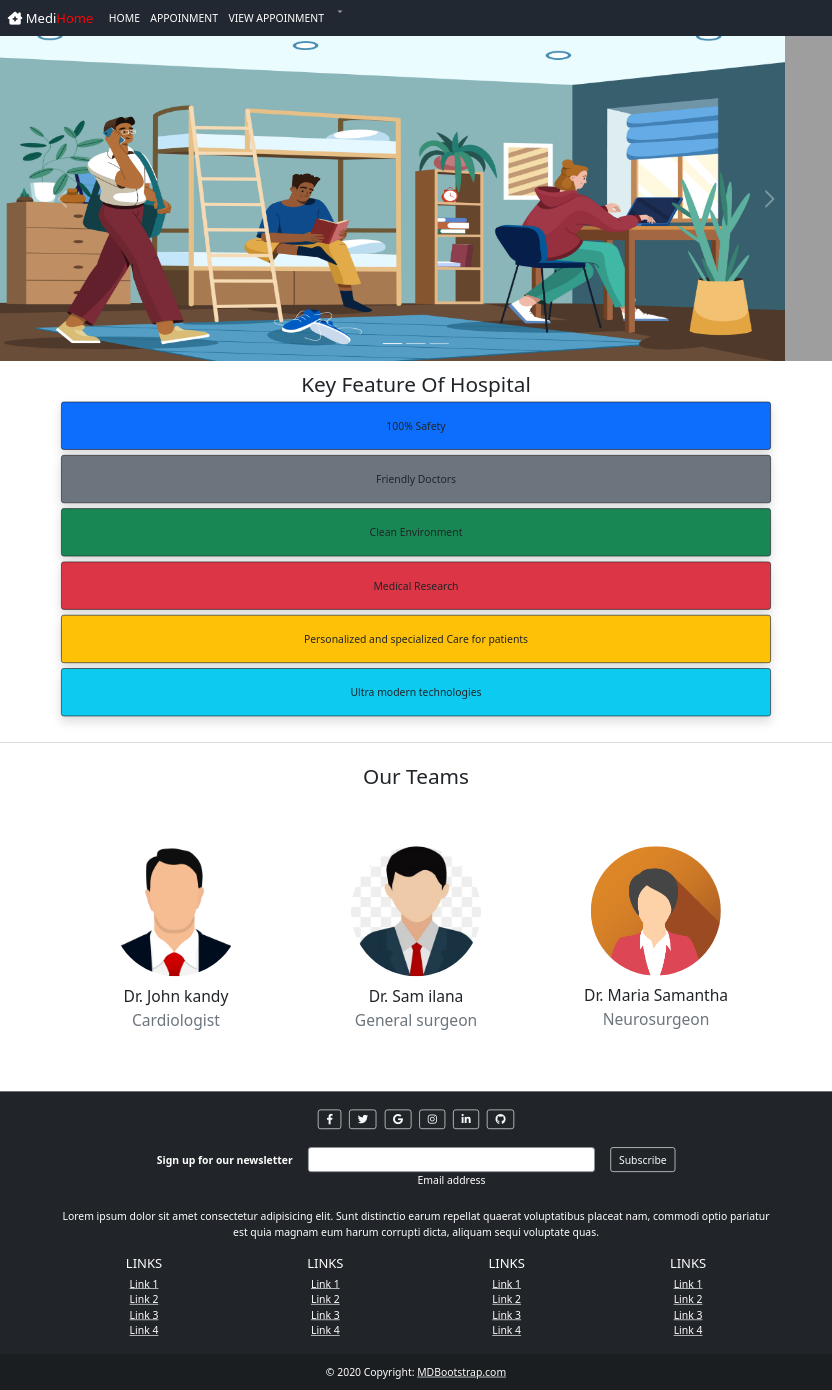
Repository: SparshGarg1/Hostel_Managment_System
Page: http://localhost/Hostel/studentportal.jsp
These files come from the project's save history. The page is drawn as it stood at one moment and after the next save; the edit follows.
The browser window is 1280 px wide. The pictures show the whole page, at 65% of full size.
Pictures or frames that could not be fetched are drawn as grey boxes. Some web libraries are served in a nearby version. The page is served by Tomcat 9. Queries for data that is not in the repository find no rows.

Above is the page before, as saved 2023-06-18 02:18:34.

After the next save:
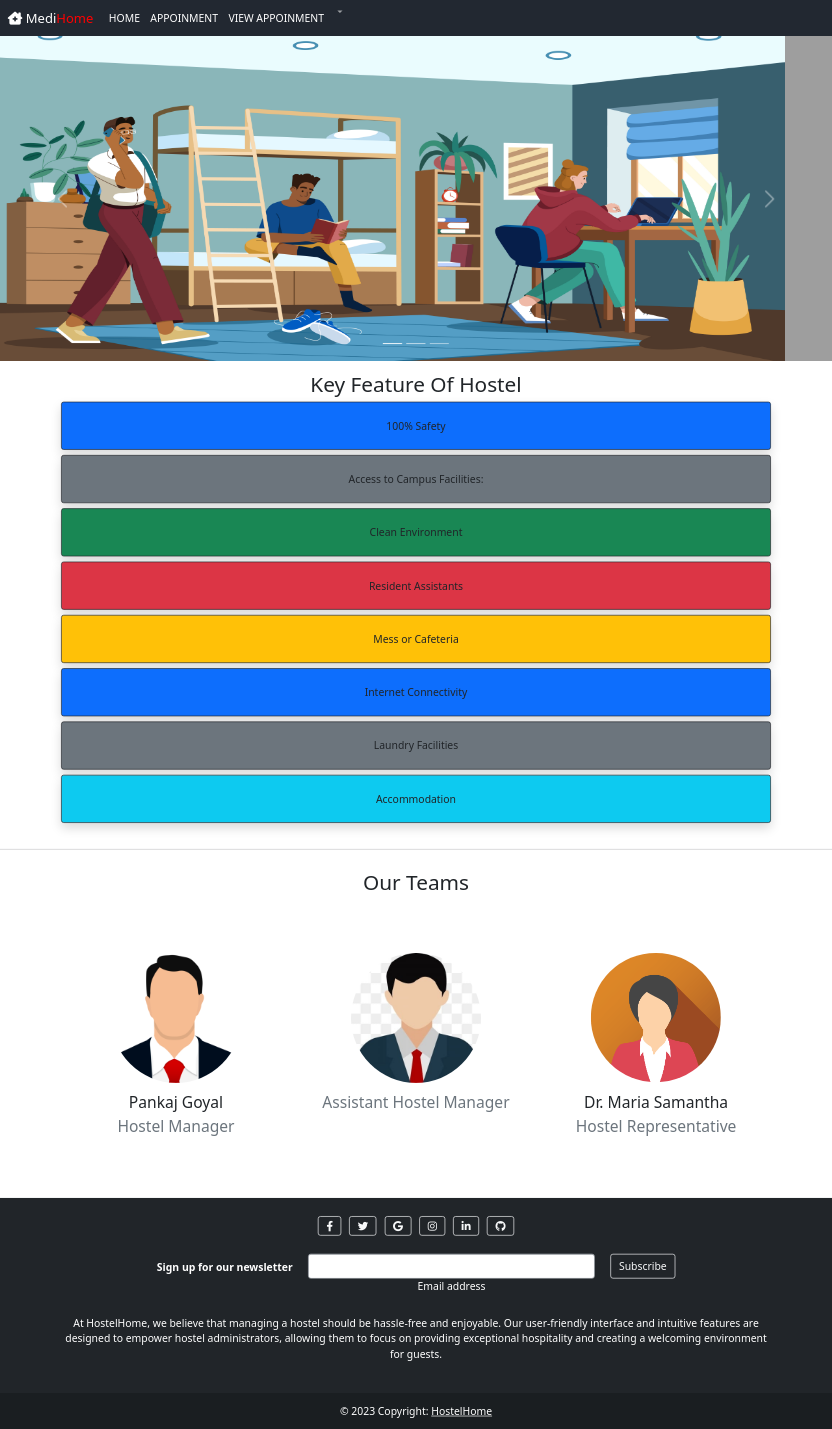
Saved 2 min 21 s later.
--- a/Hostel/WebContent/studentportal.jsp
+++ b/Hostel/WebContent/studentportal.jsp
@@ -87,7 +87,7 @@
 </div>
 
 <div class="container p-3">
-<h1 class="text-center fs-2">Key Feature Of Hospital</h1>
+<h1 class="text-center fs-2">Key Feature Of Hostel</h1>
 <div class="card-columns">
   <div class="card bg-primary p-2 m-2 border-dark shadow rounded">
     <div class="card-body text-center">
@@ -96,7 +96,7 @@
   </div>
   <div class="card bg-secondary p-2 m-2 border-dark shadow rounded">
     <div class="card-body text-center">
-      <p class="card-text font-weight-bold">Friendly Doctors</p>
+      <p class="card-text font-weight-bold">Access to Campus Facilities:</p>
     </div>
   </div>
   <div class="card bg-success p-2 m-2 border-dark shadow rounded">
@@ -106,17 +106,28 @@
   </div>
   <div class="card bg-danger p-2 m-2 border-dark shadow rounded">
     <div class="card-body text-center">
-      <p class="card-text font-weight-bold">Medical Research</p>
+      <p class="card-text font-weight-bold">Resident Assistants</p>
     </div>
   </div>
   <div class="card bg-warning p-2 m-2 border-dark shadow rounded">
     <div class="card-body text-center">
-      <p class="card-text font-weight-bold">Personalized and specialized  Care for patients</p>
+      <p class="card-text font-weight-bold">Mess or Cafeteria</p>
+    </div>
+  </div>
+  <div class="card bg-primary p-2 m-2 border-dark shadow rounded">
+    <div class="card-body text-center">
+      <p class="card-text font-weight-bold">Internet Connectivity</p>
+    </div>
+
+  </div>
+  <div class="card bg-secondary p-2 m-2 border-dark shadow rounded">
+    <div class="card-body text-center">
+      <p class="card-text font-weight-bold">Laundry Facilities</p>
     </div>
   </div>
   <div class="card bg-info p-2 m-2 border-dark shadow rounded">
     <div class="card-body text-center">
-      <p class="card-text font-weight-bold">Ultra modern technologies</p>
+      <p class="card-text font-weight-bold">Accommodation</p>
     </div>
   </div>
 </div>
@@ -130,16 +141,16 @@
 <div class="container">
 <div class="row">
 <div class="col-lg-4 col-md-6 p-4"> <img class="img-fluid d-block mb-3 mx-auto rounded-circle" alt="Card image cap" width="200" src="img/doc-1.jpg">
-<h4 class="text-dark">Dr. John kandy</h4>
-<h4 class="mb-0 text-secondary">Cardiologist</h4>
+<h4 class="text-dark">Pankaj Goyal</h4>
+<h4 class="mb-0 text-secondary">Hostel Manager</h4>
 </div>
 <div class="col-lg-4 col-md-6 p-4"> <img class="img-fluid d-block mb-3 mx-auto rounded-circle" src="img/doc-2.jpg" alt="Card image cap" width="200">
-<h4 class="text-dark">Dr. Sam ilana</h4>
-<h4 class="mb-0 text-secondary">General surgeon</h4>
+<h4 class="text-dark"></h4>
+<h4 class="mb-0 text-secondary">Assistant Hostel Manager</h4>
 </div>
 <div class="col-lg-4 p-4"> <img class="img-fluid d-block mb-3 mx-auto rounded-circle" src="img/doc-3.jpg" width="200">
 <h4 class="text-dark">Dr. Maria Samantha</h4>
-<h4 class="mb-0 text-secondary">Neurosurgeon</h4>
+<h4 class="mb-0 text-secondary">Hostel Representative</h4>
 </div>
 </div>
 </div>
@@ -225,111 +236,22 @@
     <!-- Section: Text -->
     <section class="mb-4">
       <p>
-        Lorem ipsum dolor sit amet consectetur adipisicing elit. Sunt distinctio earum
-        repellat quaerat voluptatibus placeat nam, commodi optio pariatur est quia magnam
-        eum harum corrupti dicta, aliquam sequi voluptate quas.
+       At HostelHome, we believe that managing a hostel should be hassle-free and enjoyable. Our user-friendly interface and
+       intuitive features are designed to empower hostel administrators, allowing them to focus on providing exceptional
+        hospitality and creating a welcoming environment for guests.
+
+
       </p>
     </section>
-    <!-- Section: Text -->
-
-    <!-- Section: Links -->
-    <section class="">
-      <!--Grid row-->
-      <div class="row">
-        <!--Grid column-->
-        <div class="col-lg-3 col-md-6 mb-4 mb-md-0">
-          <h5 class="text-uppercase">Links</h5>
-
-          <ul class="list-unstyled mb-0">
-            <li>
-              <a href="#!" class="text-white">Link 1</a>
-            </li>
-            <li>
-              <a href="#!" class="text-white">Link 2</a>
-            </li>
-            <li>
-              <a href="#!" class="text-white">Link 3</a>
-            </li>
-            <li>
-              <a href="#!" class="text-white">Link 4</a>
-            </li>
-          </ul>
-        </div>
-        <!--Grid column-->
-
-        <!--Grid column-->
-        <div class="col-lg-3 col-md-6 mb-4 mb-md-0">
-          <h5 class="text-uppercase">Links</h5>
-
-          <ul class="list-unstyled mb-0">
-            <li>
-              <a href="#!" class="text-white">Link 1</a>
-            </li>
-            <li>
-              <a href="#!" class="text-white">Link 2</a>
-            </li>
-            <li>
-              <a href="#!" class="text-white">Link 3</a>
-            </li>
-            <li>
-              <a href="#!" class="text-white">Link 4</a>
-            </li>
-          </ul>
-        </div>
-        <!--Grid column-->
-
-        <!--Grid column-->
-        <div class="col-lg-3 col-md-6 mb-4 mb-md-0">
-          <h5 class="text-uppercase">Links</h5>
-
-          <ul class="list-unstyled mb-0">
-            <li>
-              <a href="#!" class="text-white">Link 1</a>
-            </li>
-            <li>
-              <a href="#!" class="text-white">Link 2</a>
-            </li>
-            <li>
-              <a href="#!" class="text-white">Link 3</a>
-            </li>
-            <li>
-              <a href="#!" class="text-white">Link 4</a>
-            </li>
-          </ul>
-        </div>
-        <!--Grid column-->
-
-        <!--Grid column-->
-        <div class="col-lg-3 col-md-6 mb-4 mb-md-0">
-          <h5 class="text-uppercase">Links</h5>
-
-          <ul class="list-unstyled mb-0">
-            <li>
-              <a href="#!" class="text-white">Link 1</a>
-            </li>
-            <li>
-              <a href="#!" class="text-white">Link 2</a>
-            </li>
-            <li>
-              <a href="#!" class="text-white">Link 3</a>
-            </li>
-            <li>
-              <a href="#!" class="text-white">Link 4</a>
-            </li>
-          </ul>
-        </div>
-        <!--Grid column-->
-      </div>
-      <!--Grid row-->
-    </section>
+
     <!-- Section: Links -->
   </div>
   <!-- Grid container -->
 
   <!-- Copyright -->
   <div class="text-center p-3" style="background-color: rgba(0, 0, 0, 0.2);">
-    © 2020 Copyright:
-    <a class="text-white" href="https://mdbootstrap.com/">MDBootstrap.com</a>
+    © 2023 Copyright:
+    <a class="text-white" href="index.jsp">HostelHome</a>
   </div>
   <!-- Copyright -->
 </footer>
